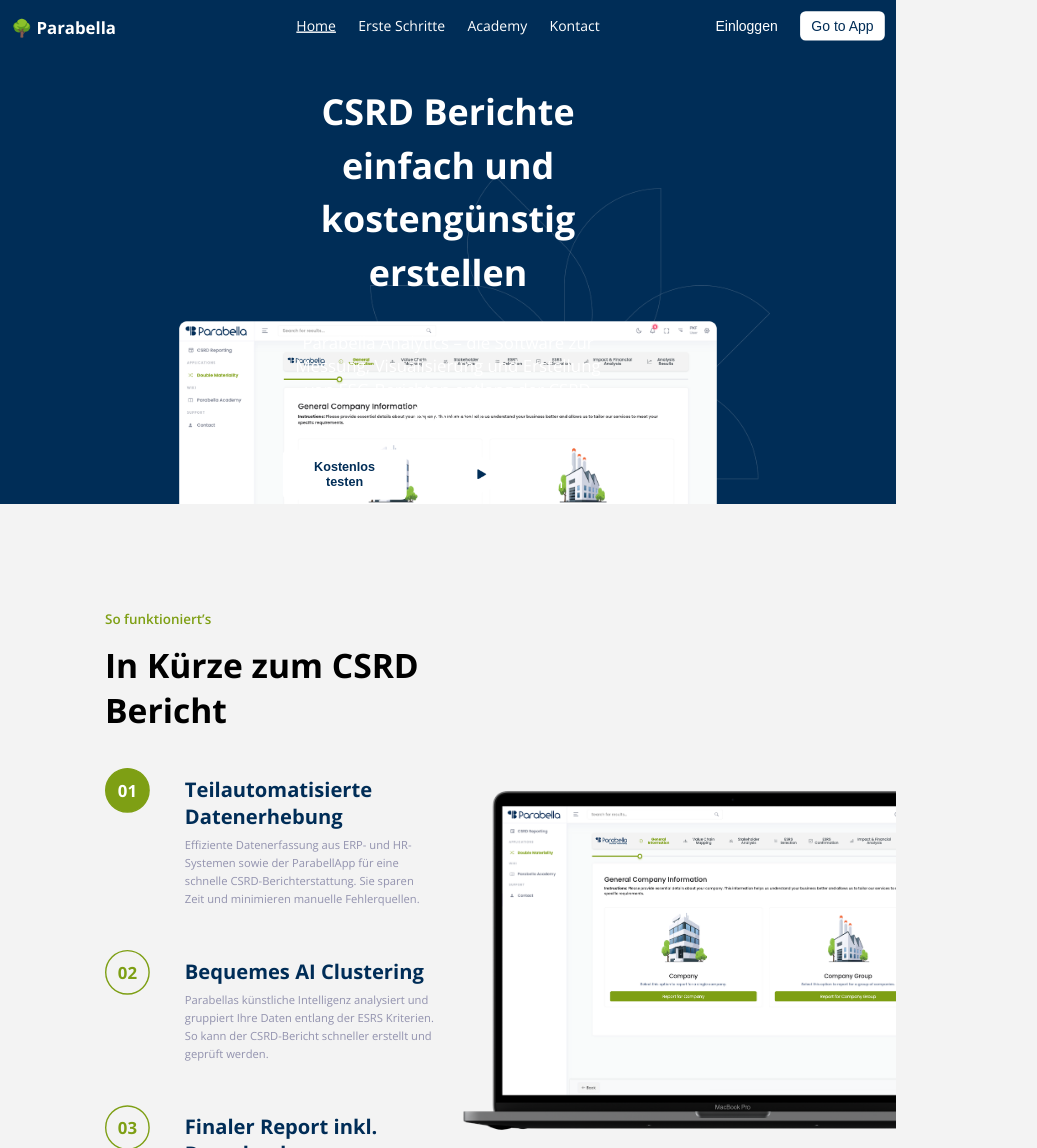
Repository: AiTrinh303/Parabella_Clone
Page: /
These files come from the project's save history. The page is drawn as it stood at one moment and after the next save; the edit follows.
The browser window is 1280 px wide. The page is 1462 px wide, then 1482 px, so the pictures cover 1482 px, including what lies to the right of the window. The pictures show the part of the page from y = 0 to 1640 px (the page is 8556 px tall before and 8595 px after), at 70% of full size.
The project was rebuilt for these pictures with package versions that can differ from the ones it lists, and the page was loaded fresh each time. Also part of the build but not shown: vite.config.js, src/pages/HomePage/HomePage.scss, src/pages/ErsteSchrittePage/ErsteSchrittePage.jsx, src/pages/AcademyPage/AcademyPage.jsx, src/pages/ContactPage/ContactPage.jsx. Imported but missing from the stored project, and not drawn on this page: src/assets/natur.mp4.

Above is the page before, as saved 2024-09-30 15:17:25.

### index.html
<!doctype html>
<html lang="en">
  <head>
    <meta charset="UTF-8" />
    <!-- <link rel="icon" type="image/svg+xml" href=/> -->
    <meta name="viewport" content="width=device-width, initial-scale=1.0" />
    <title>🌳 Parabella Analytics</title>
  </head>
  <body>
    <div id="root"></div>
    <script type="module" src="/src/main.jsx"></script>
  </body>
</html>

### src/App.jsx
import { createBrowserRouter, RouterProvider } from 'react-router-dom';
import { Layout } from './layouts/Layout';
import HomePage from './pages/HomePage/HomePage';
import ErsteSchrittePage from './pages/ErsteSchrittePage/ErsteSchrittePage';
import AcademyPage from './pages/AcademyPage/AcademyPage';
import ContactPage from './pages/ContactPage/ContactPage';


function App() {
  const router = createBrowserRouter([
    {
      path: '/',
      element: <Layout />,
      children: [
        {
          path: '/',
          element: <HomePage />,
        },
        {
          path: '/erste-schritte',
          element: <ErsteSchrittePage />,
        },
        {
          path: '/academy',
          element: <AcademyPage />,
        },
        {
          path: '/contact',
          element: <ContactPage />,
        }
      ],
    }
  ]);

    return <RouterProvider router={router} />;
}

export default App

### src/index.css
/* @import url('https://fonts.googleapis.com/css2?family=Roboto:ital,wght@0,100;0,300;0,400;0,500;0,700;0,900;1,100;1,300;1,400;1,500;1,700;1,900&display=swap'); */
@import url('https://fonts.googleapis.com/css2?family=Open+Sans:ital,wght@0,300..800;1,300..800&family=Roboto:ital,wght@0,100;0,300;0,400;0,500;0,700;0,900;1,100;1,300;1,400;1,500;1,700;1,900&display=swap');

*{
    box-sizing: border-box;
    margin: 0;
    padding: 0;
}

body{
    /* font-family: 'Roboto', sans-serif; */
    font-family: "Open Sans", sans-serif;
    background-color: #f3f3f3;
}

a{
    text-decoration: none;
    color: inherit;
    line-height: 1;
    cursor: pointer;
}

### src/layouts/Layout.jsx
import { Navigate, Outlet } from "react-router-dom";
import "./layout.scss";
import Navbar from "../components/Navbar/Navbar";
import Footer from "../components/Footer/Footer";


export const Layout = () => {
  return (
    <div className="layout">
        <div className="navbar">
            <Navbar />
        </div>
        <div className="content">
            <Outlet />
        </div>
        <div className="footer">
          <Footer />
        </div>
    </div>
  )
}

// export const RequiredAuthLayout = () => {
//   const {currentUser} = useContext(AuthContext);
//   if (!currentUser) {
//     return <Navigate to="/login" />;
//   }
//   else {
//     return (
//       <div className="layout">
//         <div className="navbar">
//             <Navbar />
//         </div>
//         <div className="content">
//           <div className="outlet">
//             <Outlet />
//           </div>
//         </div>
//       </div>
//     )
//   }

// }

### src/pages/HomePage/HomePage.jsx
import './HomePage.scss'
import Hero from '../../components/Hero/Hero'
import Funktioniert from '../../components/Funktioniert/Funktioniert'
import Warum from '../../components/Warum/Warum'
import Service from '../../components/Service/Service'
import Team from '../../components/Team/Team'
import Kunden from '../../components/Kunden/Kunden'
import VideoPlayer from '../../components/VideoPlayer/VideoPlayer'
import { useState } from 'react'
import Partner from '../../components/Partner/Partner'
import Kontakt from '../../components/Kontakt/Kontakt'

const HomePage = () => {

  const [playVideo, setPlayVideo] = useState(false)

  return (
    <div className='home'>
      <Hero setPlayVideo={setPlayVideo}/>
      <Funktioniert />
      <Warum />
      <Service />
      <Team />
      <Kunden />
      <Partner />
      <Kontakt />
      <VideoPlayer playVideo={playVideo} setPlayVideo={setPlayVideo}/>
    </div>
  )
}

export default HomePage

### src/layouts/layout.scss
@import "../responsive.scss";

.layout {
  display: flex;
  flex-direction: column;
  min-height: 100vh;
  max-width: 1366px;

  @include lg {
    max-width: 1280px;
  }

  @include md {
    max-width: 768px;
  }

  @include sm {
    max-width: 640px;
  }

  .content{
   flex: 1;
  }
}

### src/components/Navbar/Navbar.jsx
import { useState } from 'react';
import './Navbar.scss';
import { Link, NavLink } from "react-router-dom"
import menuIcon from '../../assets/menu.png';

const Navbar = () => {
  const [open, setOpen] = useState(false);
  return (
    <nav className="navbar">

      <div className="navbar-left">
        <a href="/" className="navbar-logo">
          <span role="img" aria-label="tree">🌳</span> Parabella
        </a>
      </div>

      <div className="navbar-center">
        <NavLink to='/' activeClassName="active">Home</NavLink>
        <NavLink to='/erste-schritte' activeClassName="active">Erste Schritte</NavLink>
        <NavLink to='/academy' activeClassName="active">Academy</NavLink>
        <NavLink to='/contact' activeClassName="active">Kontact</NavLink>
      </div>

      <div className="navbar-right">
        <button className='login'>Einloggen</button>
        <button className='app'>Go to App</button>

        <div className="menuIcon">
          <img
            src={menuIcon}
            alt="menu-Icon"
            onClick={() => setOpen((prev) => !prev)}
          />
        </div>

        <div className={open ? "menu active" : "menu"}>
          <NavLink to='/' activeClassName="active">Home</NavLink>
          <NavLink to='/erste-schritte' activeClassName="active">Erste Schritte</NavLink>
          <NavLink to='/academy' activeClassName="active">Academy</NavLink>
          <NavLink to='/contact' activeClassName="active">Kontact</NavLink>
          <button className='login'>Einloggen</button>
          <button className='app'>Go to App</button>
        </div>
      </div>

    </nav>
  );
}
export default Navbar;

### src/components/Footer/Footer.jsx
import './Footer.scss';

const Footer = () => {
  return (
    <div className='footer'>
      <div className='top'>
        <div className="logo">
          <a href="/" >
            <span role="img" aria-label="tree">🌳</span> Parabella
          </a>
          <p>CSRD Berichte einfach und kostengünstig erstellen</p>
          <div className="social-icons">

              <img src="https://img.icons8.com/color/48/000000/facebook.png" alt="facebook" />

              <img src="https://img.icons8.com/color/48/000000/twitter.png" alt="twitter" />

              <img src="https://img.icons8.com/color/48/000000/instagram-new.png" alt="instagram" />

          </div>
        </div>

        <div className="links">
          <ul>
            <li><a href="/kontakt">Kontakt</a></li>
            <li><a href="/about">Über uns</a></li>
            <li><a href="/services">Services</a></li>
          </ul>
          <ul>
            <li><a href="/login">Login</a></li>
            <li><a href="/register">Registrieren</a></li>
          </ul>
        </div>
      </div>

      {/* <hr /> */}

      <div className='bottom'>
        <div className="left">
          <a href="/agb">AGB</a>
          <a href="/datenschutz">Datenschutz</a>
          <a href="/impressum">Impressum</a>
        </div>

        <div className="right">
          <span>© Copyright 2024 - Parabella Analytics</span>
        </div>
      </div>
    </div>
  );
}

export default Footer;

### src/components/Hero/Hero.jsx
import './Hero.scss';
import groupImage from '../../assets/Group+10.png';
import screenImage from '../../assets/parabella-analytics-screen.png';
import playIcon from '../../assets/VideoButton.png';
const Hero = ({setPlayVideo}) => {
  return (
    <div className='hero'>
      <div className='hero-content'>
        <h1>CSRD Berichte einfach und kostengünstig erstellen</h1>
        <p>Parabella Analytics – die Software zur Messung, Visualisierung und Erstellung von ESG-Berichten entlang der CSRD Kriterien</p>
        <div>
          <button >Kostenlos testen</button>
          <div>
            <img src={playIcon} alt="play icon" onClick={()=> {setPlayVideo(true)}}/>
            <span>
              Erklärvideo abspielen
            </span>
          </div>
        </div>

      </div>
      <img src={groupImage} alt="Group" className="group-image" />
      <img src={screenImage} alt="ParabellaScreen" className="screen-image"/>
    </div>
  );
}

export default Hero;

### src/components/Funktioniert/Funktioniert.jsx
import './Funktioniert.scss'
import MockupImage from '../../assets/Mockup-MacBook.png'

const Funktioniert = () => {
  return (
    <div className='funktioniert'>
      <div className="content">
        <p>So funktioniert’s</p>
        <h2>In Kürze zum CSRD Bericht</h2>
        <div className="step-container">
            <div className='step'>
                <div className="step-number active">01</div>
                <div className="step-content">
                    <h3>Teilautomatisierte Datenerhebung</h3>
                    <p>Effiziente Datenerfassung aus ERP- und HR-Systemen sowie der ParabellApp für eine schnelle CSRD-Berichterstattung. Sie sparen Zeit und minimieren manuelle Fehlerquellen.</p>
                </div>
            </div>
            <div className='step'>
              <div className="step-number">02</div>
              <div className="step-content">
                <h3>Bequemes AI Clustering</h3>
                 <p>Parabellas künstliche Intelligenz analysiert und gruppiert Ihre Daten entlang der ESRS Kriterien. So kann der CSRD-Bericht schneller erstellt und geprüft werden.</p>
             </div>
            </div>

            <div className='step'>
              <div className="step-number">03</div>
              <div className="step-content">
                  <h3>Finaler Report inkl. Download</h3>
                  <p>Die Ergebnisse aus der Doppelten Materialitäsanalyse und aus dem CSRD-Bericht können bequem in verschiedenen Dateiformaten exportiert werden.</p>
              </div>
            </div>
        </div>
        <button>Kostenlos testen</button>
      </div>

      <div className="image">
        <img src={MockupImage} alt="Mockup-MacBook" />
      </div>
    </div>
  )
}

export default Funktioniert

### src/components/Warum/Warum.jsx
import './Warum.scss'
import {warum} from '../../data/warum'


const Card = ({img, title, desc}) => {
  return (
    <div className='card'>
      <img src={img} alt={title} />
      <h3>{title}</h3>
      <p>{desc}</p>
    </div>
  )
}

const Warum = () => {
  return (
    <div className='warum'>
      <p>Warum Parabella Analytics?</p>
      <h2>Was Sie erwartet, wenn Sie keinen Nachhaltigkeitsbericht abgeben:</h2>
      <div className="block">
        {warum.map((item) => (
          <Card key={item.id} {...item} />
        ))}
      </div>
    </div>
  )
}

export default Warum

### src/components/Service/Service.jsx
import './Service.scss'
import {service} from '../../data/service'

const Block = ({ title, desc, features, btn }) => {
    return (
        <div className="block">
        <h3>{title}</h3>
        <p>{desc}</p>
        <h4>Features:</h4>
        <ul>
            {features.map((feature, index) => <li key={index}>{feature}</li>)}
        </ul>
        <button>{btn}</button>
        </div>
    )
    }


const Service = () => {
  return (
    <div className="service">
      <span>Service</span>
      <h2>Unsere Software-Landschaft</h2>
      <p>Je nach Unternehmensgröße und Situation empfiehlt es sich das passende Paket zu wählen.</p>
      <div className="blocks">
        {service.map((item) => (
          <Block
            key={item.id}
            title={item.title}
            desc={item.desc}
            features={item.features}
            btn={item.btn}
          />
        ))}
      </div>
    </div>
  )
}

export default Service

### src/components/Team/Team.jsx
import './Team.scss'
import Marcus from '../../assets/PA-Marcus-Ohnemus.png'
import Alexander from '../../assets/PA-Sascha-Pavlovski.png'
import Dominik from '../../assets/PA-Dominik-Erb.png'

const Team = () => {
  return (
    <div className='team'>
      <span>Unser Team</span>
      <h2>Über uns</h2>
      <p>Wir sind ein AI-Startup aus München, das sich darauf spezialisiert hat, mittelständische Unternehmen bei der Umsetzung der CSRD-Berichterstattung zu unterstützen.</p>

        <div className='team__members'>
            <div className='team__member'>
                <img src={Marcus} alt='Marcus Ohnemus' />
                <h3>Marcus Ohnemus</h3>
                <p>CEO & Founder</p>
            </div>
            <div className='team__member'>
                <img src={Alexander} alt='Alexander Pavlovski' />
                <h3>Alexander Pavlovski</h3>
                <p>CTO & Co-Founder</p>
            </div>
            <div className='team__member'>
                <img src={Dominik} alt='Dominik Erb' />
                <h3>Dominik Erb</h3>
                <p>CPO & Co-Founder</p>
            </div>
        </div>
    </div>
  )
}

export default Team

### src/components/Kunden/Kunden.jsx
import React, { useState } from 'react';
import './Kunden.scss';
import { kunden } from '../../data/kunden';
import backBtn from '../../assets/back-icon.png';
import nextBtn from '../../assets/next-icon.png';

const Card = ({ img, name, address, text }) => {
  return (
    <div className='card'>
      <div className='info'>
        <img src={img} alt={name} />
        <div className='details'>
          <h3>{name}</h3>
          <span>{address}</span>
        </div>
      </div>
      <p>{text}</p>
    </div>
  );
};

const Kunden = () => {
  const [startIndex, setStartIndex] = useState(0);

  const usersPerPage = 3;

  const handleNext = () => {
    if (startIndex + usersPerPage < kunden.length) {
      setStartIndex(startIndex + usersPerPage);
    }
  };

  const handleBack = () => {
    if (startIndex - usersPerPage >= 0) {
      setStartIndex(startIndex - usersPerPage);
    }
  };

  const visibleKunden = kunden.slice(startIndex, startIndex + usersPerPage);

  return (
    <div className='kunden'>
      <img src={backBtn} alt="back-icon" className='back-btn' onClick={handleBack} />

      <div className='kunden-content'>
        <h2>Was unsere Kunden sagen</h2>
        <div className="content">
          {visibleKunden.map((kunde) => (
            <Card key={kunde.id} {...kunde} />
          ))}
        </div>
      </div>

      <img src={nextBtn} alt="next-icon" className='next-btn' onClick={handleNext} />
    </div>
  );
};

export default Kunden;

### src/components/VideoPlayer/VideoPlayer.jsx
import './VideoPlayer.scss'
import naturVideo from '../../assets/natur.mp4'
import { useRef } from 'react';

const VideoPlayer = ({playVideo, setPlayVideo}) => {

    const player = useRef(null);
    const closePlayer = (e) => {
        if (e.target === player.current) {
            setPlayVideo(false)
        }
    }

  return (
    <div ref={player} className={`video-player ${playVideo ? '' : 'hide'}`} onClick={closePlayer}>
      <video src={naturVideo} autoPlay muted controls></video>
    </div>
  )
}

export default VideoPlayer

### src/components/Partner/Partner.jsx
import './Partner.scss'
import logo1 from '../../assets/logo1.png'
import logo2 from '../../assets/logo2.png'
import logo3 from '../../assets/logo3.png'
import logo4 from '../../assets/logo4.png'
import logo5 from '../../assets/logo5.png'
import logo6 from '../../assets/logo6.png'
import logo7 from '../../assets/logo7.png'

const partner = [logo1, logo2, logo3, logo4, logo5, logo6, logo7]

const Partner = () => {
  return (
    <div className='partner'>
      <h2>Partner</h2>
      <div className="partner_imgs">
        {partner.map((item, index) => (
            <img key={index} src={item} alt="partner" />
        ))}
      </div>
    </div>
  )
}

export default Partner

### src/responsive.scss
@mixin sm {
  @media (max-width: 738px) {
    @content;
  }
};

@mixin md {
  @media (max-width: 1024px) {
    @content;
  }
};

@mixin lg {
  @media (max-width: 1366px) {
    @content;
  }
};

### src/components/Navbar/Navbar.scss
@import "../../responsive.scss";

.navbar {
  width: 100vw;
  display: flex;
  justify-content: space-between;
  align-items: center;
  color: #fff;
  background-color: rgb(0, 45, 87);
  padding: 1rem;
  position: fixed;
  top: 0;
  left: 0;
  z-index: 10;

  &-left {
    flex: 1;
    max-height: 20px;
  }

  &-center {
    flex: 2;
    display: flex;
    justify-content: center;
    gap: 2rem;
    font-size: 20px;
    text-decoration: none;
    list-style: none;

    @include sm {
      display: none;
    }

    .active {
      text-decoration: underline;
    }
  }

  &-right {
    flex: 1;
    display: flex;
    justify-content: flex-end;
    gap: 1rem;

    @include sm {
      display: none;
    }

    button {
      background: transparent;
      border: none;
      color: #fff;
      padding: 0.6rem 1rem;
      border-radius: 8px;
      font-size: 20px;
      cursor: pointer;

      &.app {
        background-color: white;
        color: rgb(0, 45, 87);

        &:hover {
          background-color: rgb(127, 146, 162);
        }
      }
    }

    .menuIcon {
      display: none;
      z-index: 999;
      cursor: pointer;

      img {
        width: 36px;
        height: 36px;
        cursor: pointer;
      }
      @include sm {
        display: block;
      }
    }

    .menu {
      display: none;
      position: absolute;
      right: 0;
      top: 60px;
      background-color: rgb(0, 45, 87);
      flex-direction: column;
      gap: 1rem;
      padding: 1rem;
      text-align: right;

      &.active {
        display: flex;
      }
    }
  }

  &-logo {
    font-weight: bold;
    font-size: 1.5rem;
    text-decoration: none;
  }


}

### src/components/Warum/Warum.scss
.warum{
    width: 100%;
    min-height: 100vh;
    background-color: #fff;
    padding: 20px;
    text-align: center;
    padding-top: 100px;

  p{
    font-size: 1.2em;
    font-weight: 400;
    margin-bottom: 20px;
    color: rgb(126,159,20);
  }

  h2{
    font-size: 2.7em;
    margin-bottom: 50px;
    color:rgb(25,27,6);
    max-width: 50vw;
    margin: 0 auto;
  }

  .block {
    display: grid;
    grid-template-columns: repeat(3, 1fr);
    gap: 80px;
    margin: 100px 150px;
    border: none;
  }
  @media (max-width: 1024px) {
    .block {
      grid-template-columns: repeat(2, 1fr);
      gap: 40px;
      margin: 50px 50px;
    }
  }

  @media (max-width: 768px) {
    .block {
      grid-template-columns: 1fr;
      gap: 30px;
      margin: 30px 20px;
    }
  }
}



.card {
  padding: 50px;
  border-radius: 15px;
  background-color: #F3F3F3;
  text-align: left;

  img {
    max-width: 100%;
    border-radius: 4px;
    width: 80px;
    height: 80px;
  }

  h3{
    font-size: 1.5em;
    margin-bottom: 20px;
    color: rgb(0, 45, 87);
  }

  p{
    font-size: 1.3em;
    font-weight: 400;
    color: rgb(0, 45, 87);
  }

  &:hover {
    transform: scale(1.05);
  }
}

### src/components/Team/Team.scss
.team{
    width: 100%;
    min-height: 100vh;
    padding: 20px;
    text-align: center;
    padding-top: 100px;
    background-color: #fff;

    span{
        font-size: 1.2em;
        font-weight: 400;
        margin-bottom: 20px;
        color: rgb(126,159,20);
      }

    h2{
        font-size: 3em;
        padding-top: 30px;
        padding-bottom: 20px;
        color: rgb(25,27,6);
        max-width: 50vw;
        margin: 0 auto;
      }

    p{
        font-size: 1.2em;
        font-weight: 400;
        margin: 30px auto;
        align-items: center;
        max-width: 50vw;
        color: rgb(0, 45, 87);
    }

    .team__members {
        display: flex;
        // justify-content: space-evenly;
        align-items: center;
        justify-content: center;
        gap: 100px;
        flex-wrap: wrap;
        padding: 10px;

        .team__member {
            text-align: center;
            margin: 20px;

            img {
                margin-top: 50px;
                width: 250px;
                height: 250px;
                object-fit: cover;
            }

            h3 {
                font-size: 1.5em;
                margin-top: 10px;
                color: rgb(0, 45, 87);
            }

            p {
                font-size: 1.2em;
                color: rgb(100, 100, 100);
              }
          }
      }



}

### src/components/VideoPlayer/VideoPlayer.scss
.video-player{
    position: fixed;
    top: 0;
    left: 0;
    width: 100%;
    height: 100%;
    background: rgba(0,0,0,0.9);
    z-index: 100;
    display: flex;
    align-items: center;
    justify-content: center;
    video{
        width: 90%;
        max-width: 900px;
        height: auto;
        border: 4px solid #fff;
    }
    &.hide{
        display: none;
    }
}

### src/components/Partner/Partner.scss
.partner{
    width: 100%;
    min-height: 30vh;
    text-align: center;
    padding-top: 50px;
    margin-top: 20px;

    h2{
        font-size: 3em;
        color: rgb(25,27,6);
        max-width: 50vw;
        margin: 0 auto;
      }

      .partner_imgs {
        display: flex;
        justify-content: center;
        align-items: center;
        gap: 80px;
        flex-wrap: wrap;
        margin-top: 30px;

        img {
          max-width: 150px;
          height: auto;
          opacity: 0.7;
          transition: transform 0.3s ease;

          &:hover {
            transform: scale(1.1);
            opacity: 1;
          }
        }
      }
}

Loaded but not shown: src/main.jsx (common file); src/data/warum.js (47 lines, source omitted); src/data/kunden.js (51 lines, source omitted); src/data/service.js (30 lines, source omitted); src/components/Funktioniert/Funktioniert.scss (100 lines, source omitted); src/components/Hero/Hero.scss (102 lines, source omitted); src/components/Service/Service.scss (124 lines, source omitted); src/components/Kontakt/Kontakt.scss (133 lines, source omitted); src/components/Footer/Footer.scss (128 lines, source omitted); src/components/Kontakt/Kontakt.jsx (63 lines, source omitted); src/components/Kunden/Kunden.scss (109 lines, source omitted); src/pages/AcademyPage/AcademyPage.scss (no stored copy; drawn as an empty file); src/pages/ContactPage/ContactPage.scss (no stored copy; drawn as an empty file); src/pages/ErsteSchrittePage/ErsteSchrittePage.scss (no stored copy; drawn as an empty file)

After the next save:
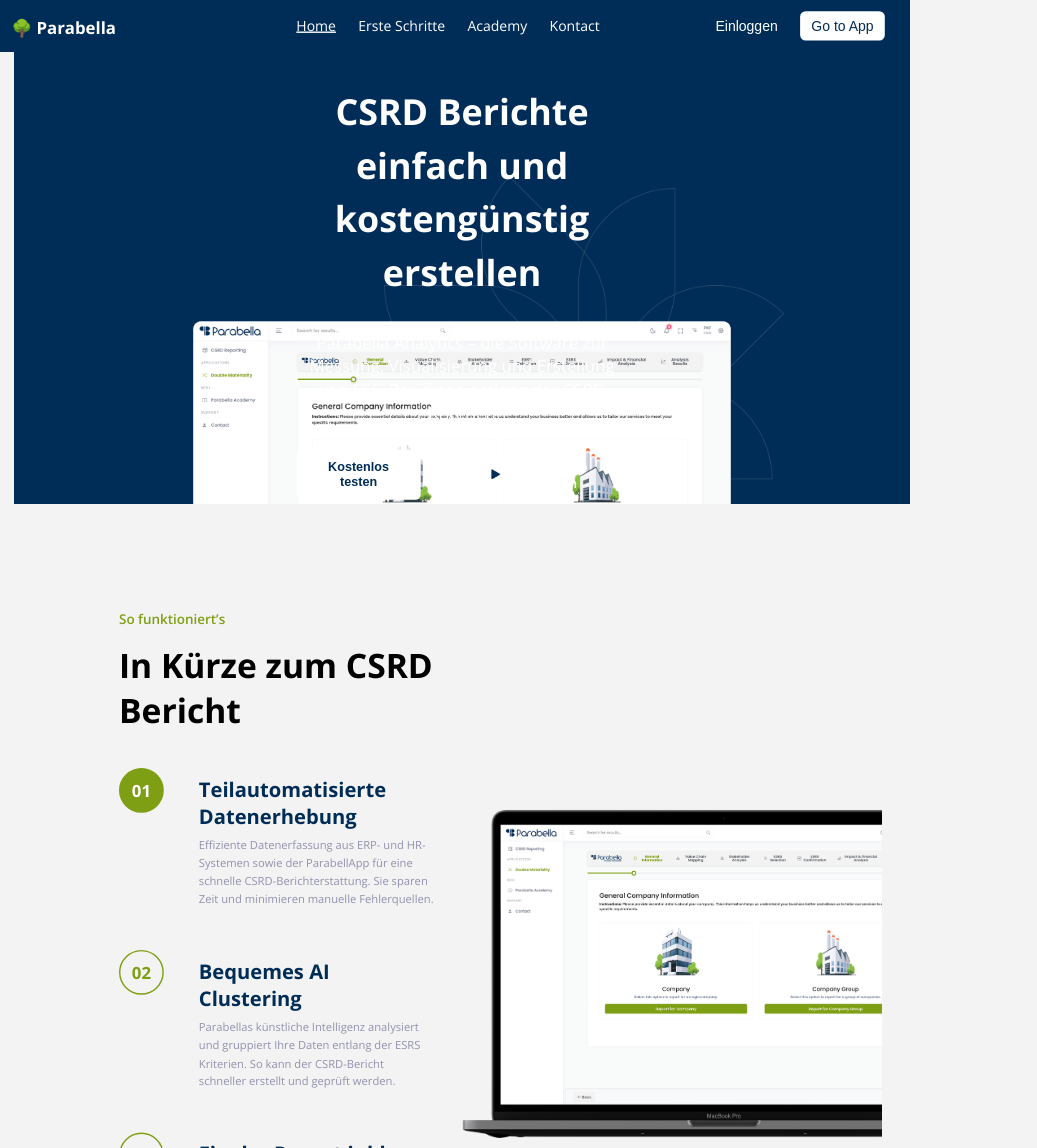
Saved 42 s later.
--- a/src/layouts/layout.scss
+++ b/src/layouts/layout.scss
@@ -5,6 +5,10 @@
   flex-direction: column;
   min-height: 100vh;
   max-width: 1366px;
+  margin-left: auto;
+  margin-right: auto;
+  padding-left: 20px;
+  padding-right: 20px;
 
   @include lg {
     max-width: 1280px;
